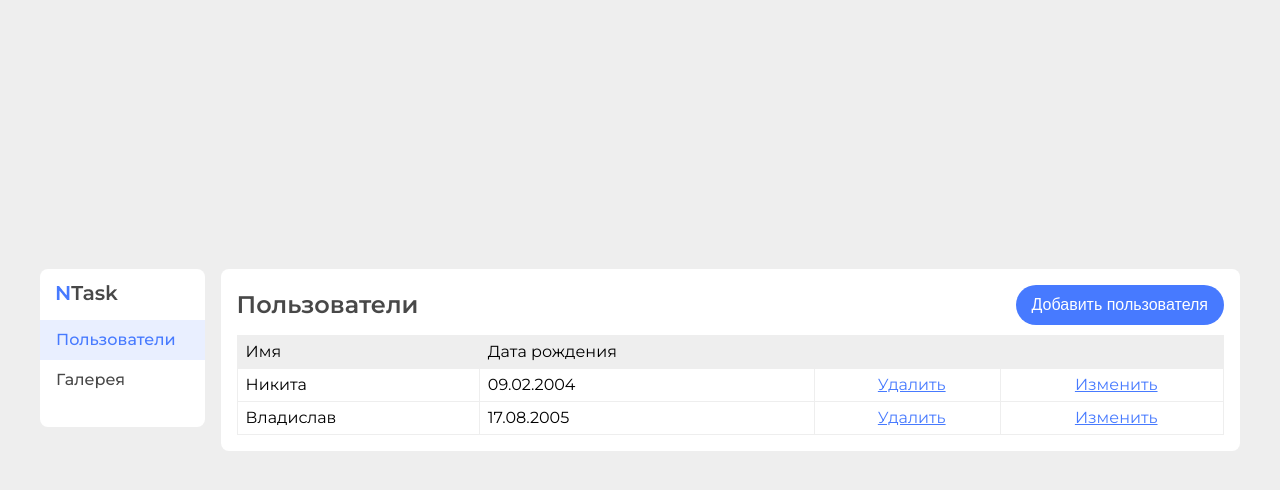
Repository: Grid-Master/NTask
Page: /
These files come from the project's save history. The page is drawn as it stood at one moment and after the next save; the edit follows.
The browser window is 1280 px wide. The pictures show the whole page.
The project was rebuilt for these pictures with package versions that can differ from the ones it lists, and the page was loaded fresh each time. Also part of the build but not shown: src/components/gallery/gallery.sass, src/components/gallery/Gallery.tsx, src/components/updateUser/updateUser.sass, src/components/updateUser/UpdateUser.tsx.

Above is the page before, as saved 2023-06-09 20:27:32.

### public/index.html
<!DOCTYPE html>
<html lang="en">
  <head>
    <meta charset="utf-8" />
    <link rel="icon" href="%PUBLIC_URL%/favicon.ico" />
    <meta name="viewport" content="width=device-width, initial-scale=1" />
    <meta name="theme-color" content="#000000" />
    <meta name="description" content="Web site created using create-react-app" />
    <link rel="apple-touch-icon" href="%PUBLIC_URL%/logo192.png" />
    <link rel="preconnect" href="https://fonts.googleapis.com" />
    <link rel="preconnect" href="https://fonts.gstatic.com" crossorigin />
    <link
      href="https://fonts.googleapis.com/css2?family=Montserrat:wght@300;400;500;600;700&display=swap"
      rel="stylesheet" />
    <link rel="manifest" href="%PUBLIC_URL%/manifest.json" />
    <title>React App</title>
  </head>
  <body>
    <noscript>You need to enable JavaScript to run this app.</noscript>
    <div id="root"></div>
  </body>
</html>

### src/index.tsx
import React from 'react';
import ReactDOM from 'react-dom/client';
import { Provider } from 'react-redux';
import './index.css';
import App from './App';
import { BrowserRouter } from 'react-router-dom';
import store from './store';

const root = ReactDOM.createRoot(document.getElementById('root') as HTMLElement);
root.render(
  <React.StrictMode>
    <BrowserRouter>
      <Provider store={store}>
        <App />
      </Provider>
    </BrowserRouter>
  </React.StrictMode>,
);

### src/index.css
html, body, div, span, applet, object, iframe,
h1, h2, h3, h4, h5, h6, p, blockquote, pre,
a, abbr, acronym, address, big, cite, code,
del, dfn, em, img, ins, kbd, q, s, samp,
small, strike, strong, sub, sup, tt, var,
b, u, i, center,
dl, dt, dd, ol, ul, li,
fieldset, form, label, legend,
table, caption, tbody, tfoot, thead, tr, th, td,
article, aside, canvas, details, embed,
figure, figcaption, footer, header, hgroup,
menu, nav, output, ruby, section, summary,
time, mark, audio, video {
	margin: 0;
	padding: 0;
	border: 0;
	font-size: 100%;
	font: inherit;
	vertical-align: baseline;
}
/* HTML5 display-role reset for older browsers */
article, aside, details, figcaption, figure,
footer, header, hgroup, menu, nav, section {
	display: block;
}
body {
	line-height: 1;
}
ol, ul {
	list-style: none;
}
blockquote, q {
	quotes: none;
}
blockquote:before, blockquote:after,
q:before, q:after {
	content: '';
	content: none;
}
table {
	border-collapse: collapse;
}
body {
  margin: 0;
  font-family: Montserrat;
  background: #EEEEEE;
;
}
input {
	font-family: Montserrat;
}

#root {
	display: flex;
	align-items: center;
	justify-content: center;
	height: 100vh;
}

code {
  font-family: source-code-pro, Menlo, Monaco, Consolas, 'Courier New',
    monospace;
}

### src/App.tsx
import './App.css';
import { FC, useEffect } from 'react';
import Navbar from './components/navabar/Navbar';
import UserList from './components/userList/UserList';
import { Routes, Route, useNavigate } from 'react-router-dom';
import Gallery from './components/gallery/Gallery';
import UpdateUser from './components/updateUser/UpdateUser';

const App: FC = () => {
  const navigate = useNavigate();
  useEffect(() => {
    navigate('/NTask/users');
  }, []);

  return (
    <div className="App">
      <Navbar />
      <Routes>
        <Route path="/NTask/users" element={<UserList />} />
        <Route path="/NTask/users/:id" element={<UpdateUser />} />
        <Route path="/NTask/gallery" element={<Gallery />} />
        <Route path="*" element={<h1>Error</h1>} />
      </Routes>
    </div>
  );
};

export default App;

### src/store/index.ts
import { configureStore } from '@reduxjs/toolkit';
import usersReducer from './usersSlice';
import galleryReducer from './gallerySlice';

const store = configureStore({
  reducer: { usersReducer, galleryReducer },
});

export default store;

export type RootState = ReturnType<typeof store.getState>;
export type AppDispatch = typeof store.dispatch;

### src/App.css
.App {

  width: 100%;
  display: flex;
  align-items:start;
  gap: 16px;
  max-width: 1200px;
  margin: 0 auto;
}

@media screen and (max-width: 1200px) {
  .App {
    flex-direction: column;
    max-width: 1000px;
  }
}
@media screen and (max-width: 1000px) {
  .App {
    max-width: 600px;
    padding: 16px;
  }
}
@media screen and (max-width: 600px) {
  .App {
    max-width: calc(320px - 32px);
  }
}

### src/components/navabar/Navbar.tsx
import { FC } from 'react';
import './navbar.sass';
import { useNavigate, useLocation } from 'react-router-dom';
const logo = require('../../images/logo.png');

const Navbar: FC = () => {
  const navigate = useNavigate();
  const { pathname } = useLocation();

  return (
    <div className="navbar">
      <div className="navbar__imagecontainer">
        <img src={logo} alt="logo" />
      </div>
      <div
        className={pathname.includes('/users') ? 'navbar__item navbar__active' : 'navbar__item'}
        onClick={() => navigate('/NTask/users')}>
        Пользователи
      </div>
      <div
        className={pathname.includes('/gallery') ? 'navbar__item navbar__active' : 'navbar__item'}
        onClick={() => navigate('/NTask/gallery')}>
        Галерея
      </div>
    </div>
  );
};

export default Navbar;

### src/components/userList/UserList.tsx
import React, { FC } from 'react';
import { useNavigate } from 'react-router-dom';
import './userList.sass';
import { useAppDispatch, useAppSelector } from '../../store/hooks';
import { removeUser } from '../../store/usersSlice';

const UserList: FC = () => {
  const navigate = useNavigate();
  const users = useAppSelector((state) => state.usersReducer.users);
  const dispatch = useAppDispatch();

  const updateHandler = (router: string) => {
    navigate(router);
    window.scrollTo(0, 0);
  };

  const deleteHandler = (id: number) => {
    dispatch(removeUser(id));
  };

  return (
    <div className="userList">
      <div className="userList__container">
        <h1 className="userList__title">Пользователи</h1>
        <button className="userList__addUserBtn" onClick={() => updateHandler('createuser')}>
          Добавить пользователя
        </button>
      </div>
      <table className="userList__table">
        <tr className="userList__table-info">
          <td>Имя</td>
          <td>Дата рождения</td>
          <td></td>
          <td></td>
        </tr>
        {users.map((user) => (
          <tr key={user.id}>
            <td>{user.name}</td>
            <td>{user.date}</td>
            <td className="userList__table-btn" onClick={() => deleteHandler(user.id)}>
              Удалить
            </td>
            <td className="userList__table-btn" onClick={() => updateHandler(`${user.id}`)}>
              Изменить
            </td>
          </tr>
        ))}
      </table>
    </div>
  );
};

export default UserList;

### src/store/usersSlice.ts
import { createSlice, PayloadAction } from '@reduxjs/toolkit';
import { users } from '../data/users';

export interface IUser {
  id: number;
  name: string;
  date: string;
}

const usersSlice = createSlice({
  name: 'users',
  initialState: {
    users: [...users] as IUser[],
  },
  reducers: {
    addUser(state, action: PayloadAction<IUser>) {
      state.users.push(action.payload);
    },
    updateUser(state, action: PayloadAction<IUser>) {
      let updateUser = state.users.find((user) => user.id === action.payload.id);
      if (updateUser) {
        updateUser.name = action.payload.name;
        updateUser.date = action.payload.date;
      }
      state.users = state.users.map((user) => (user.id === updateUser?.id ? updateUser : user));
    },
    removeUser(state, action: PayloadAction<number>) {
      state.users = state.users.filter((user) => user.id !== action.payload);
    },
  },
});

export const { removeUser, updateUser, addUser } = usersSlice.actions;

export default usersSlice.reducer;

### src/store/gallerySlice.ts
import { createSlice, PayloadAction } from '@reduxjs/toolkit';

export interface IPhoto {
  id: number;
  isSelected: boolean;
  file: any;
}

const gallerySlice = createSlice({
  name: 'users',
  initialState: {
    photos: [] as IPhoto[],
  },
  reducers: {
    addPhoto(state, action: PayloadAction<IPhoto>) {
      state.photos.unshift(action.payload);
    },
    pickPhoto(state, action: PayloadAction<number>) {
      const pickedPhoto = state.photos.findIndex((photo) => photo.id === action.payload);
      console.log(pickedPhoto, 'picked');
      if (pickedPhoto !== -1) {
        state.photos[pickedPhoto] = {
          ...state.photos[pickedPhoto],
          isSelected: !state.photos[pickedPhoto].isSelected,
        };
      }
    },
    removePhotos(state) {
      state.photos = state.photos.filter((photo) => !photo.isSelected);
    },
  },
});

export const { addPhoto, pickPhoto, removePhotos } = gallerySlice.actions;

export default gallerySlice.reducer;

### src/components/navabar/navbar.sass
.navbar
    width: 200px
    height: 158px
    background: #FFFFFF
    border-radius: 8px
    &__imagecontainer
        padding: 16px 0
        margin-left: 16px
    &__item
        padding: 8px 16px
        cursor: pointer
        font-weight: 500
        font-size: 16px
        line-height: 150%
        color: #484848
        transition: .3s
        &:hover
            color: #477AFF

    &__active
        background: #E9EFFF
        color: #477AFF

@media screen and (max-width: 600px)
    .navbar
        width: 288px
        height: 158px

### src/components/userList/userList.sass
.userList
    width: 100%
    background: #FFFFFF
    border-radius: 8px
    padding: 16px
    &__container
        display: flex
        align-items: center
        justify-content: space-between
        margin-bottom: 10px
    &__title
        font-weight: 600
        font-size: 24px
        line-height: 150%
        color: #484848
    &__addUserBtn
        font-weight: 500
        font-size: 16px
        line-height: 100%
        color: #FFFFFF
        background: #477AFF
        border-radius: 20px
        padding: 12px 16px
        border: none
        outline: none
        cursor: pointer
        transition: .3s
        &:hover
            opacity: .8
    &__table
        width: 100%
        td
            border: 1px solid #EEEEEE
            // width: 238px
            text-align: start
            padding: 8px 0
            padding-left: 8px
        &-btn
            cursor: pointer
            text-decoration-line: underline
            color: #477AFF
            transition: .2s
            text-align: center !important
            &:hover
                opacity: .8
        tr td:nth-child(2)
            // height: 10px
        // tr:first-child td:first-child
        //     border-radius: 8px 0 0 0
        // tr:first-child td:last-child
        //     border-radius: 0 8px 0 0
        // tr:last-child td:first-child
        //     border-radius: 0 0 8px 0
        // tr:last-child td:last-child
        //     border-radius: 0 0 0 8px //??
        &-info
            background-color: #EEEEEE
            border-radius: 8px !important

@media screen and (max-width: 1200px)
    .userList
        width: calc( 100% - 32px )
@media screen and (max-width: 600px)
    .userList
        &__table
            display: block
            overflow-x: scroll
            &::-webkit-scrollbar
                // width: 4px
                scroll-margin-top: 5px
                height: 4px
                border: 1px solid #d5d5d5
            &::-webkit-scrollbar-track
                border-radius: 0
                background: #eeeeee
            &::-webkit-scrollbar-thumb
                border-radius: 0
                background: #b0b0b0
                cursor: pointer
        >div
            flex-direction: column
            align-items: start
        &__title
            margin-bottom: 10px

### src/store/hooks.ts
import { useDispatch, useSelector, TypedUseSelectorHook } from 'react-redux';
import type { RootState, AppDispatch } from '../store';

export const useAppDispatch = () => useDispatch<AppDispatch>();
export const useAppSelector: TypedUseSelectorHook<RootState> = useSelector;

### src/data/users.ts
import { IUser } from '../store/usersSlice';

export const users: IUser[] = [
  {
    id: 1,
    name: 'Никита',
    date: '09.02.2004',
  },
  {
    id: 2,
    name: 'Владислав',
    date: '17.08.2005',
  },
];

After the next save:
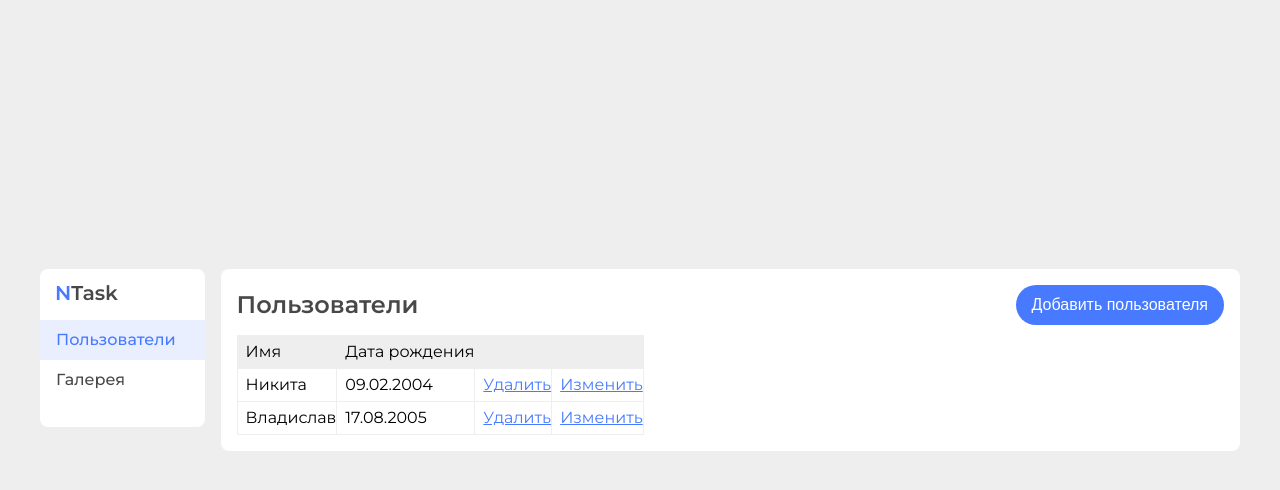
Saved 17 s later.
--- a/src/components/userList/userList.sass
+++ b/src/components/userList/userList.sass
@@ -28,7 +28,7 @@
         &:hover
             opacity: .8
     &__table
-        width: 100%
+
         td
             border: 1px solid #EEEEEE
             // width: 238px
